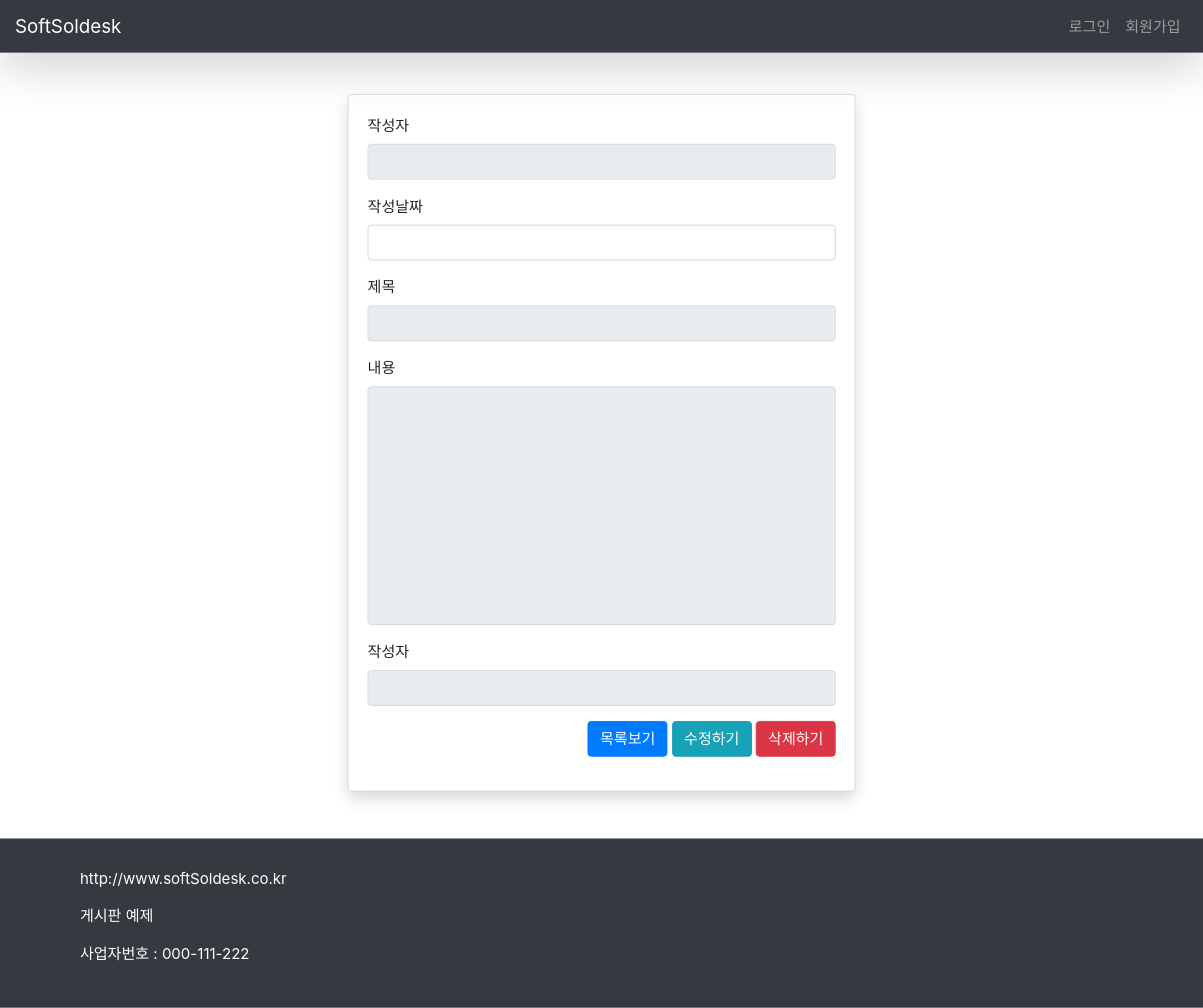
Repository: JunMinki/testGit
Page: http://localhost/BoardProject/WEB-INF/views/board/read.jsp
An editor plug-in stored every save of this project. The page is shown before and after the next save, followed by the edit.
The browser window is 1280 px wide. The pictures show the whole page, at 94% of full size.
The page is served by Tomcat 9. Nobody is signed in. The template is opened directly, without the code that normally fills it, so the values that code supplies are empty.

Above is the page before, as saved 2024-07-31 23:35:34.

After the next save:
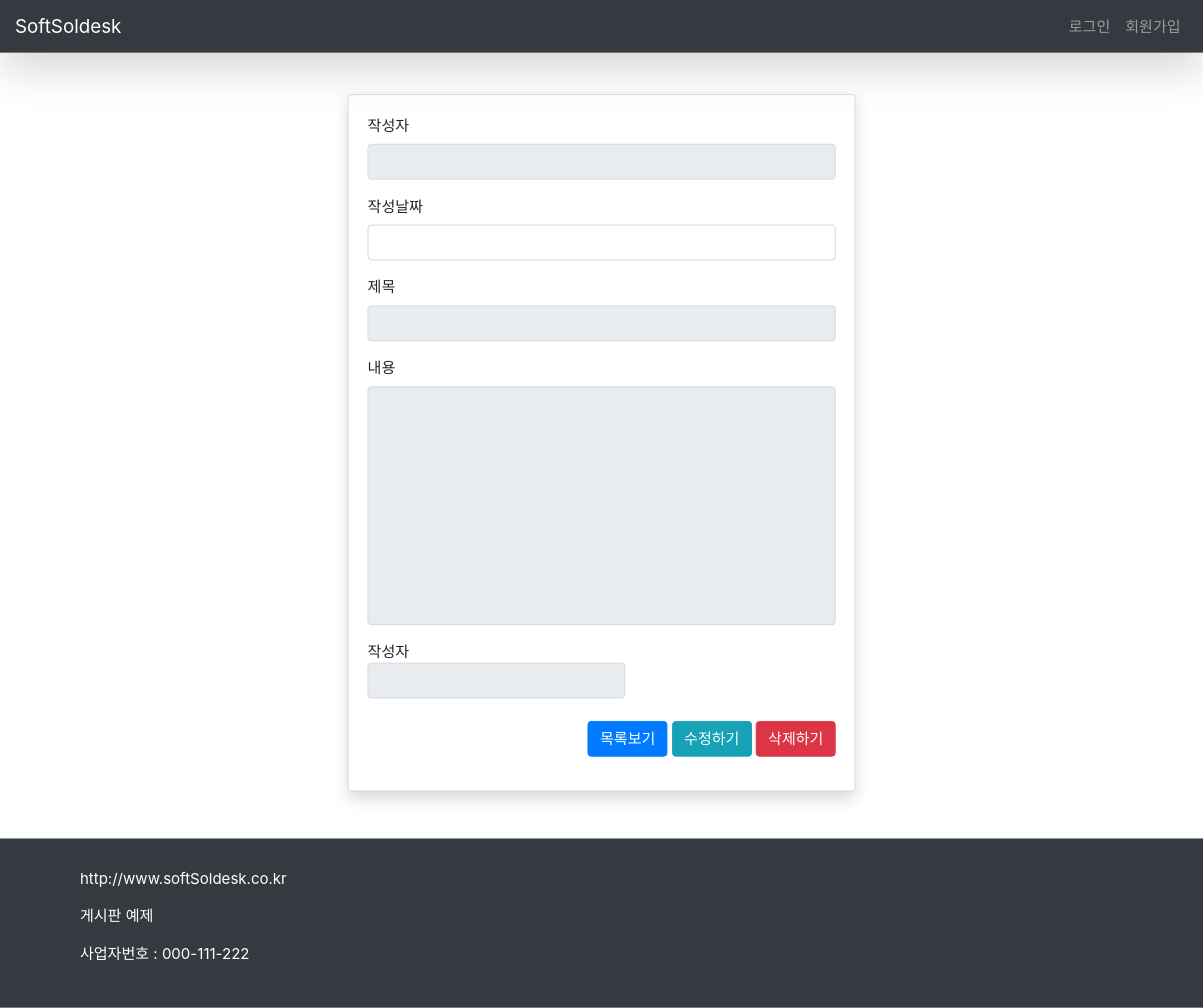
Saved 47 s later.
--- a/BoardProject/src/main/webapp/WEB-INF/views/board/read.jsp
+++ b/BoardProject/src/main/webapp/WEB-INF/views/board/read.jsp
@@ -56,8 +56,9 @@
 						<!-- 댓글 구간 -->
 
 						<div class="form-group">
-							<label for="board_writer_name">작성자</label>
+							<label for="board_writer_name">작성자
 							<input type="text" id="board_writer_name" name="board_writer_name" class="form-control" value="${content.content_writer_name }" disabled="disabled" />
+</label>
 						</div>
 						<%-- <form:form action="${root }board/write_pro" modelAttribute="writeContentBean" method="post" enctype="multipart/form-data">
 							<div class="form-group">
